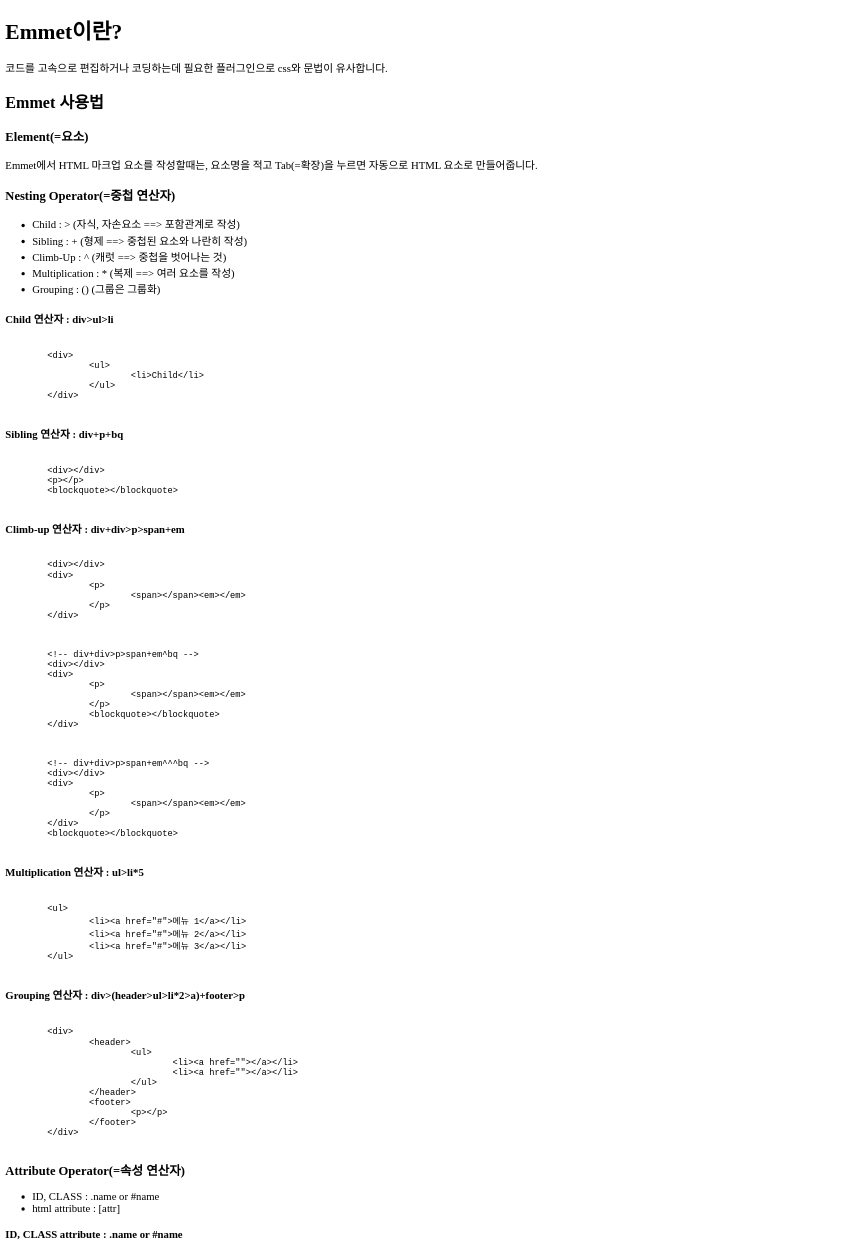
Repository: kvmhyvmvn/Study_WebUI
Page: WorkSpace/CloneCoding1/src/main/webapp/index.html
These files come from the project's save history. The page is drawn as it stood at one moment and after the next save; the edit follows.
The browser window is 1280 px wide. The pictures show the whole page, at 67% of full size.

Above is the page before, as saved 2023-05-30 07:33:11.

After the next save:
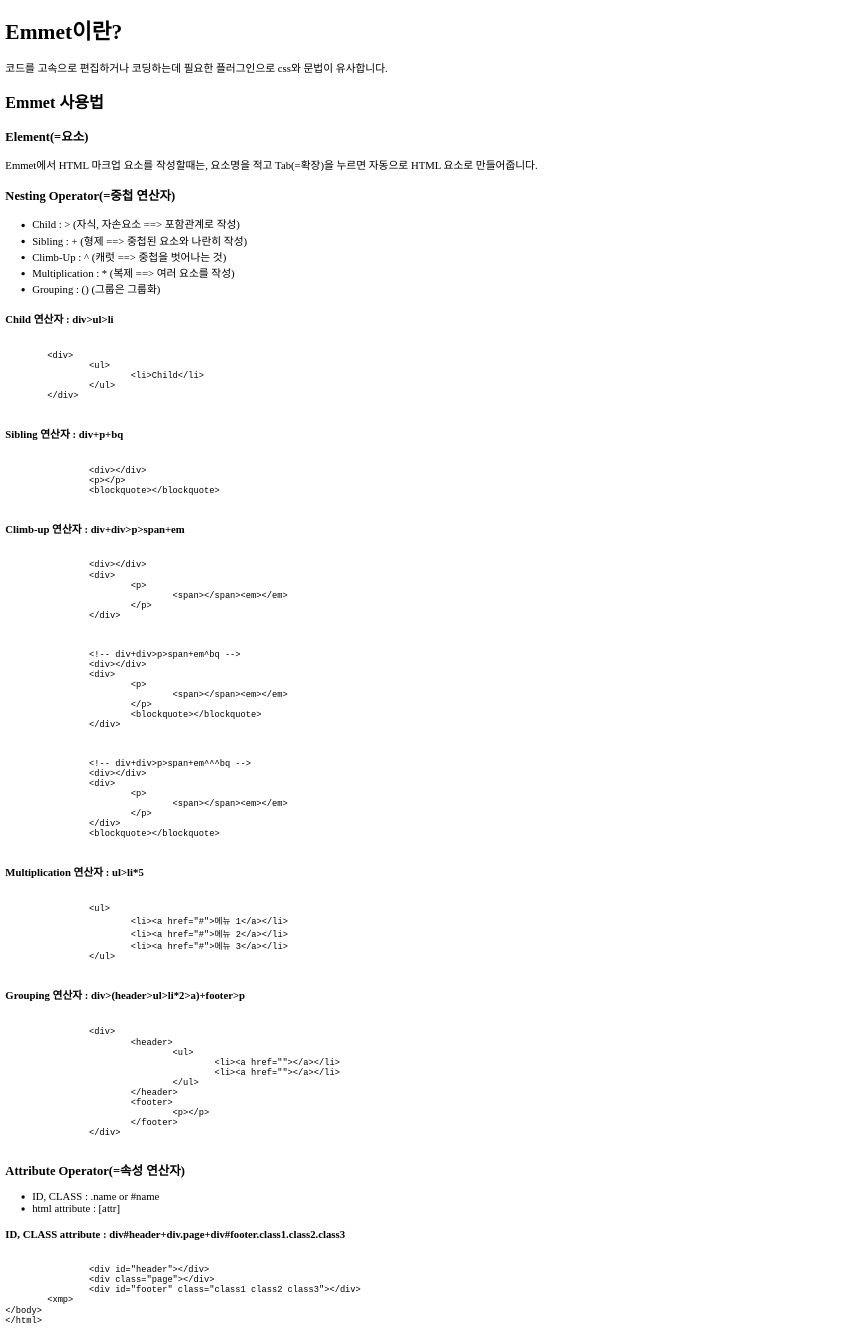
Saved 2 min 7 s later.
--- a/WorkSpace/CloneCoding1/src/main/webapp/index.html
+++ b/WorkSpace/CloneCoding1/src/main/webapp/index.html
@@ -34,65 +34,65 @@
 
 	<h4>Sibling 연산자 : div+p+bq</h4>
 	<xmp>
-	<div></div>
-	<p></p>
-	<blockquote></blockquote>
+		<div></div>
+		<p></p>
+		<blockquote></blockquote>
 	</xmp>
 
 	<h4>Climb-up 연산자 : div+div>p>span+em</h4>
 	<xmp>
-	<div></div>
-	<div>
-		<p>
-			<span></span><em></em>
-		</p>
-	</div>
+		<div></div>
+		<div>
+			<p>
+				<span></span><em></em>
+			</p>
+		</div>
 	</xmp>
 
 	<xmp>
-	<!-- div+div>p>span+em^bq -->
-	<div></div>
-	<div>
-		<p>
-			<span></span><em></em>
-		</p>
-		<blockquote></blockquote>
-	</div>
+		<!-- div+div>p>span+em^bq -->
+		<div></div>
+		<div>
+			<p>
+				<span></span><em></em>
+			</p>
+			<blockquote></blockquote>
+		</div>
 	</xmp>
 
 	<xmp>
-	<!-- div+div>p>span+em^^^bq -->
-	<div></div>
-	<div>
-		<p>
-			<span></span><em></em>
-		</p>
-	</div>
-	<blockquote></blockquote>
+		<!-- div+div>p>span+em^^^bq -->
+		<div></div>
+		<div>
+			<p>
+				<span></span><em></em>
+			</p>
+		</div>
+		<blockquote></blockquote>
 	</xmp>
 
 	<h4>Multiplication 연산자 : ul>li*5</h4>
 	<xmp>
-	<ul>
-		<li><a href="#">메뉴 1</a></li>
-		<li><a href="#">메뉴 2</a></li>
-		<li><a href="#">메뉴 3</a></li>
-	</ul>
+		<ul>
+			<li><a href="#">메뉴 1</a></li>
+			<li><a href="#">메뉴 2</a></li>
+			<li><a href="#">메뉴 3</a></li>
+		</ul>
 	</xmp>
 
 	<h4>Grouping 연산자 : div>(header>ul>li*2>a)+footer>p</h4>
 	<xmp>
-	<div>
-		<header>
-			<ul>
-				<li><a href=""></a></li>
-				<li><a href=""></a></li>
-			</ul>
-		</header>
-		<footer>
-			<p></p>
-		</footer>
-	</div>
+		<div>
+			<header>
+				<ul>
+					<li><a href=""></a></li>
+					<li><a href=""></a></li>
+				</ul>
+			</header>
+			<footer>
+				<p></p>
+			</footer>
+		</div>
 	</xmp>
 
 	<h3>Attribute Operator(=속성 연산자)</h3>
@@ -101,10 +101,11 @@
 		<li>html attribute : [attr]</li>
 	</ul>
 
-	<h4>ID, CLASS attribute : .name or #name</h4>
-	<div id="header"></div>
-	<div class="page"></div>
-	<div id="footer" class="class1 class2 class3"></div>
-
+	<h4>ID, CLASS attribute : div#header+div.page+div#footer.class1.class2.class3</h4>
+	<xmp>
+		<div id="header"></div>
+		<div class="page"></div>
+		<div id="footer" class="class1 class2 class3"></div>
+	<xmp>
 </body>
 </html>
